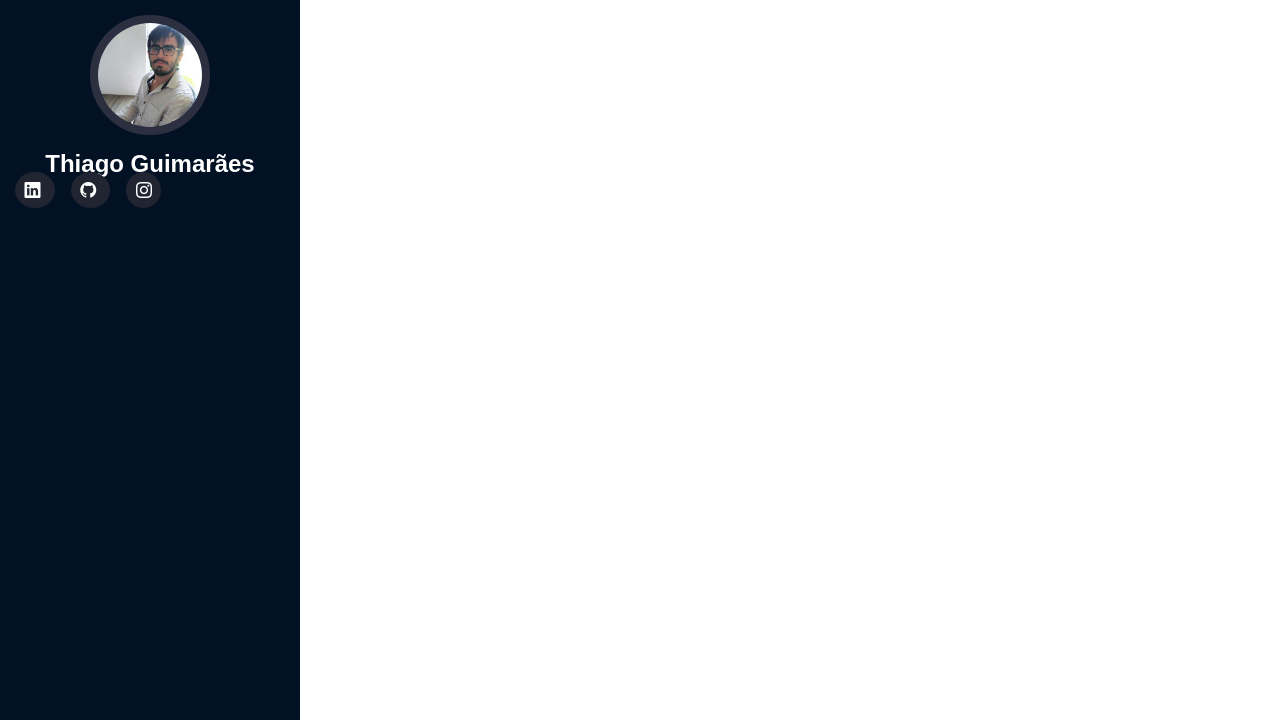
Repository: Rayago/projeto-portfolio
Page: http://localhost/
An editor plug-in stored every save of this project. The page is shown before and after the next save, followed by the edit.
The browser window is 1280 px wide. The pictures show the whole page.
Some web fonts or font styles are not loaded; a fallback is used. The page is served by the project's application, run on Flask 3 (app.py).

Above is the page before, as saved 2022-07-11 23:10:16.

After the next save:
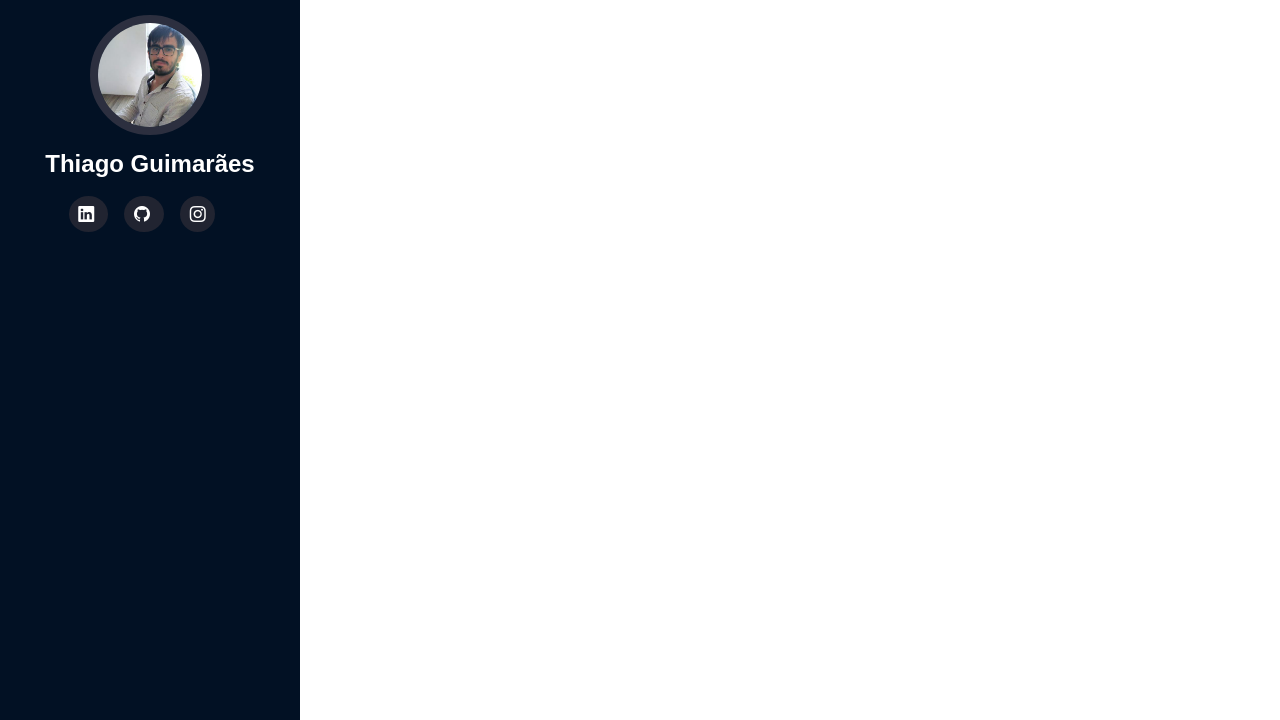
Saved 34 s later.
--- a/templates/index.html
+++ b/templates/index.html
@@ -16,7 +16,7 @@
         <section class="profile">
             <img src="../static/img/meu_perfil.jpg" alt="Foto Perfil"/>
             <h1>Thiago Guimarães</h1>
-            <div class="social-links">
+            <div class="social-links mt-4 text-center">
                 <a href="https://www.linkedin.com/in/raymundo-thiago">
                     <i class="bi bi-linkedin"></i>
                 </a>
